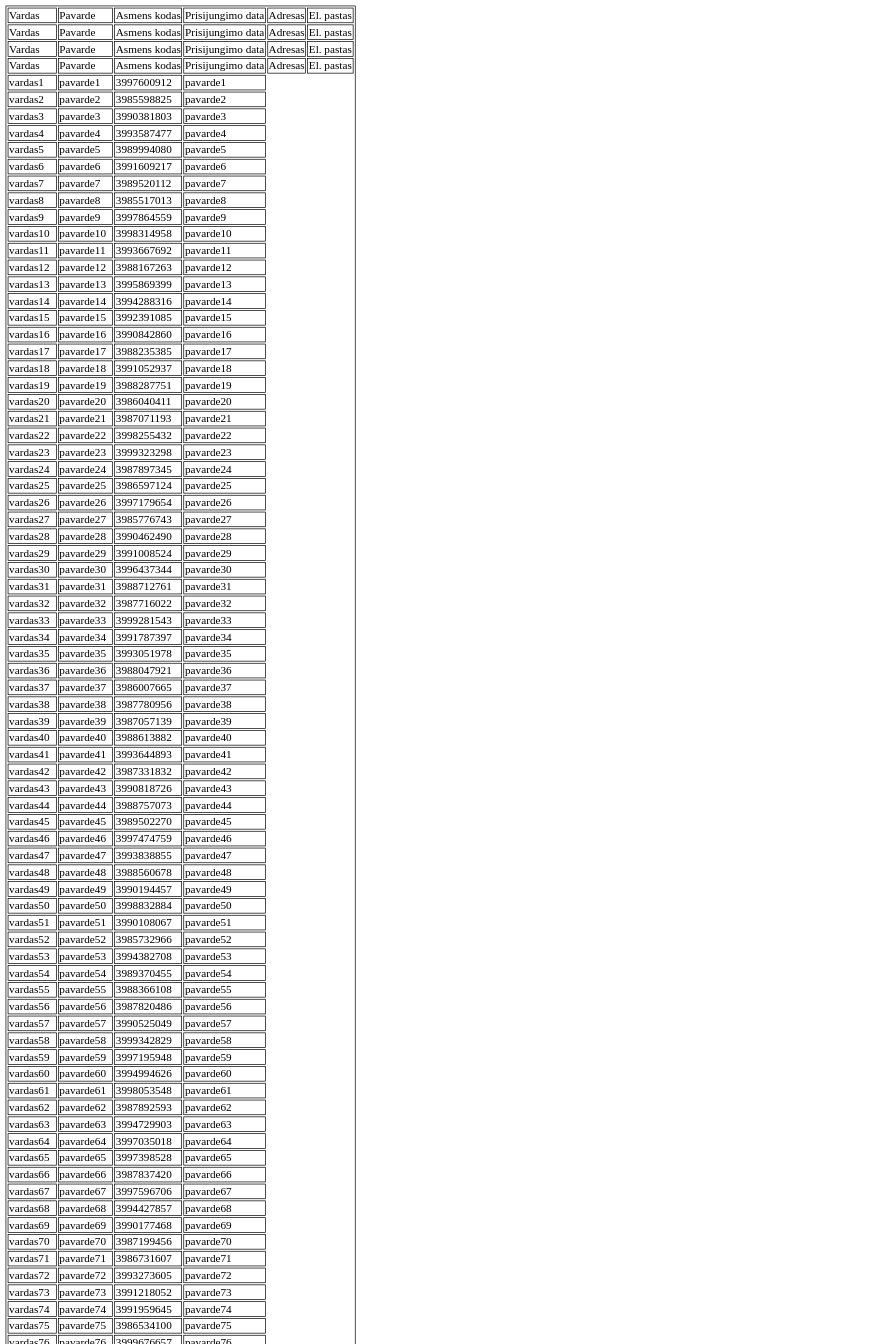
Repository: motiejus1/29-paskaita-05.31
Page: index.html
The author's editor kept a copy of each file at every save. The page is drawn from the files as they stood at one save, then again after a run of saves.
The browser window is 1280 px wide. The pictures show the part of the page from y = 0 to 1920 px (the page is 4916 px tall), at 70% of full size.

Above is the page before, as saved 2021-07-21 18:41:46.

After the next 4 saves:
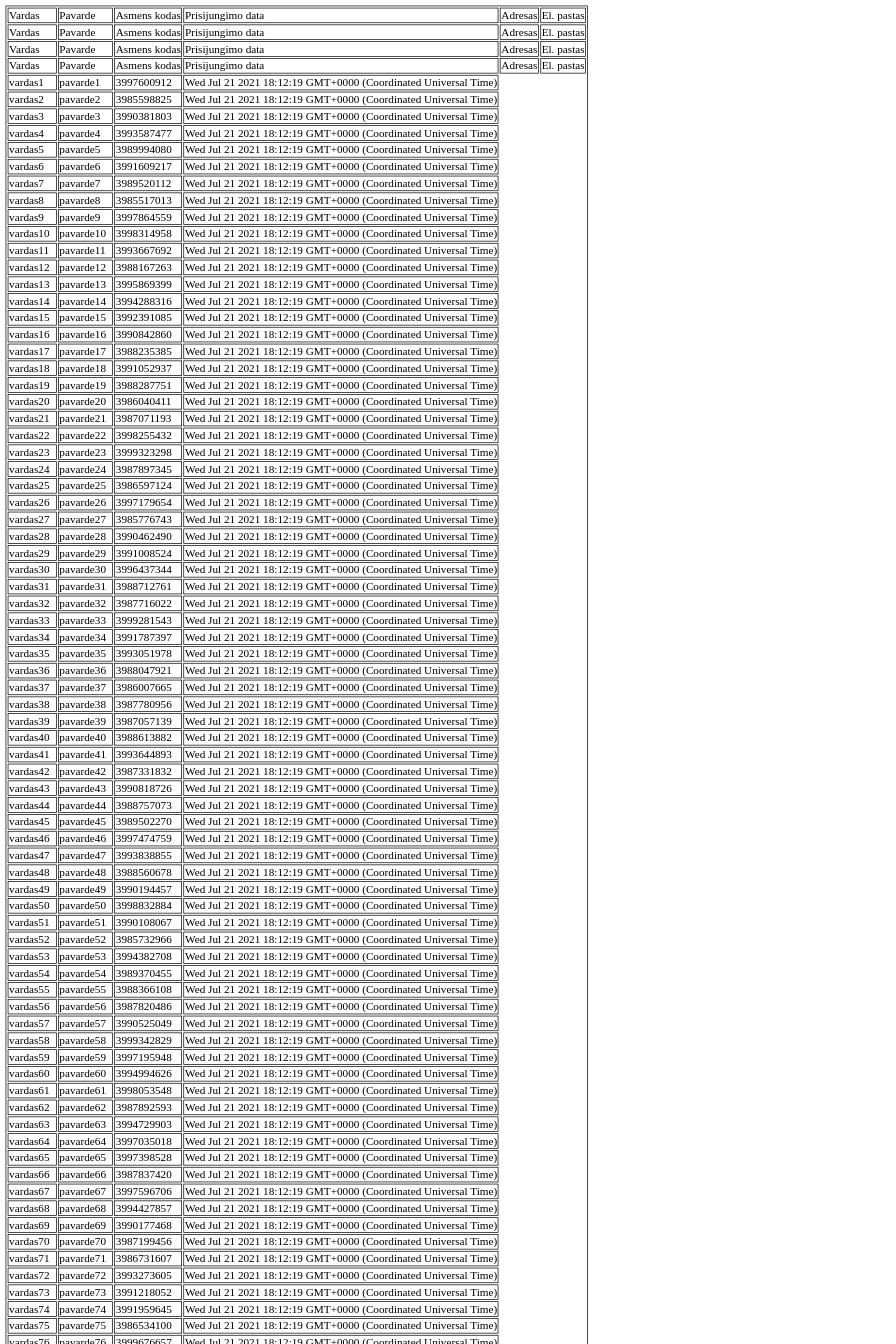
The 4 saves are shown as one change because they came seconds apart.
The last was saved 19 s later.
--- a/index.html
+++ b/index.html
@@ -119,9 +119,9 @@
         eilute.append(asmensKodas);
 
         //Pavarde atvaizdavimas
-        var pavarde = document.createElement("td");
-        pavarde.innerText = klientuMasyvas[i].pavarde;
-        eilute.append(pavarde);
+        var prsijungimData = document.createElement("td");
+        prsijungimData.innerText = klientuMasyvas[i].prsijungimData;
+        eilute.append(prsijungimData);
 
         isvedimoElementas.append(eilute);
     }
